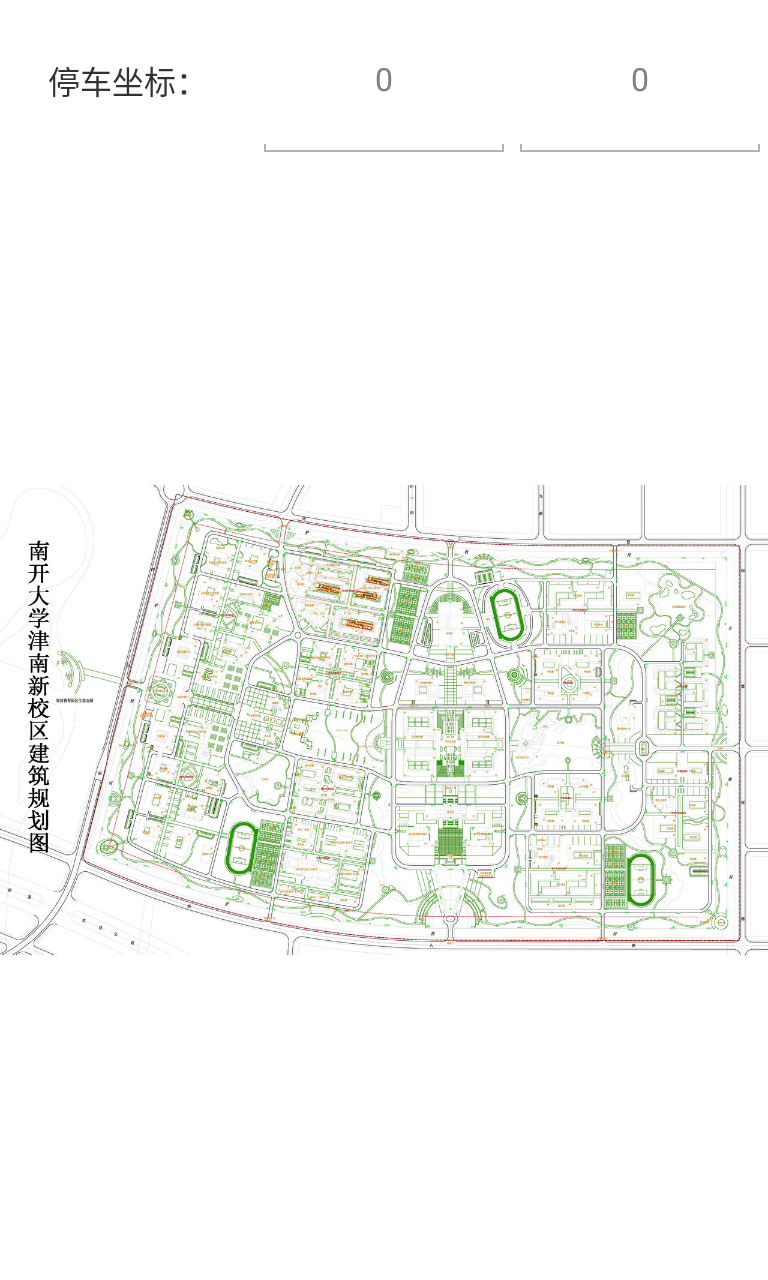
Repository: CovaWang/temporary_embedded
Layout: 7#车联·共享单车/代码/代码/res/layout/compass.xml
These files come from the project's save history. The layout is drawn as it stood at one moment and after the next save; the edit follows.
It is drawn on a 768 x 1280 px phone screen (xhdpi) without system bars, with theme AppTheme; the app's code is not run.

Above is the layout before, as saved 2024-04-17 12:53:53.

### 7#车联·共享单车/代码/代码/res/layout/compass.xml
<?xml version="1.0" encoding="utf-8"?>
<LinearLayout xmlns:android="http://schemas.android.com/apk/res/android"
    android:layout_width="fill_parent"
    android:layout_height="match_parent"
    android:orientation="vertical" >

    <LinearLayout
       	android:layout_width="match_parent"
       	android:layout_height="match_parent"
       	android:orientation="horizontal"
		android:layout_weight="7">
	    <TextView
			android:layout_width="match_parent"
			android:layout_height="match_parent"
			android:gravity="center"
			android:text="停车坐标："
			android:textSize="16dp"
			android:layout_weight="1" />

	    <EditText
	        android:id="@+id/compass_text1"
			android:layout_width="match_parent"
			android:layout_height="match_parent"
			android:gravity="center"
			android:hint="0"
			android:textSize="16sp"
			android:textColor="#8A2BE2"
			android:layout_weight="1" />

	    <EditText
	        android:id="@+id/compass_text2"
			android:layout_width="match_parent"
			android:layout_height="match_parent"
			android:gravity="center"
			android:hint="0"
			android:textSize="16sp"
			android:textColor="#8A2BE2"
			android:layout_weight="1" />

   </LinearLayout>

    <ImageView
        android:id="@+id/compass_img"
        android:layout_width="match_parent"
        android:layout_height="match_parent"
        android:layout_gravity="center"
        android:src="@drawable/map"
        android:layout_weight="1" />

</LinearLayout>

### 7#车联·共享单车/代码/代码/res/values/styles.xml
<resources>

    <!--
        Base application theme, dependent on API level. This theme is replaced
        by AppBaseTheme from res/values-vXX/styles.xml on newer devices.

    -->
    <style name="AppBaseTheme" parent="android:Theme.Light">
        <!--
            Theme customizations available in newer API levels can go in
            res/values-vXX/styles.xml, while customizations related to
            backward-compatibility can go here.

        -->
    </style>

    <!-- Application theme. -->
    <style name="AppTheme" parent="AppBaseTheme">
        <!-- All customizations that are NOT specific to a particular API-level can go here. -->
    </style>
    <!-- 高宽都包裹内容 -->
    <style name="wrapcontent">
        <item name="android:layout_width">wrap_content</item>
        <item name="android:layout_height">wrap_content</item>
    </style>

    <!-- 自定义对话框样式 -->
    <style name="dialog_custom" parent="android:style/Theme.Dialog">
        <item name="android:windowFrame">@null</item>
        <item name="android:windowNoTitle">true</item>
        <item name="android:background">#00000000</item>
        <item name="android:windowBackground">@android:color/transparent</item>
    </style>
    <!-- TextView 16sp样式 -->
    <style name="textview16sp" parent="wrapcontent">
        <item name="android:textSize">16sp</item>
        <item name="android:gravity">center_vertical</item>
    </style>

    <!-- TextView 14sp样式 -->
    <style name="textview12sp" parent="wrapcontent">
        <item name="android:textSize">12sp</item>
        <item name="android:gravity">center_vertical</item>
    </style>
    <!-- TextView 14sp样式 -->
    <style name="textview14sp" parent="wrapcontent">
        <item name="android:textSize">14sp</item>
        <item name="android:gravity">center_vertical</item>
    </style>

    <!-- 宽度为0dp,高度为包裹内容，权重为1 -->
    <style name="zero_widthwrapcontent">
        <item name="android:layout_width">0dp</item>
        <item name="android:layout_height">wrap_content</item>
        <item name="android:layout_weight">1</item>
    </style>

    <!-- 黄色14sp,图片间距为5dp的textview -->
    <style name="tvyellow14sp" parent="zero_widthwrapcontent">
        <item name="android:textSize">14sp</item>
        <item name="android:drawablePadding">3dp</item>
        <item name="android:gravity">center</item>
        <item name="android:textColor">@color/bright_yellow</item>
    </style>

</resources>

Loaded but not shown: 7#车联·共享单车/代码/代码/res/values-v11/styles.xml (common file); 7#车联·共享单车/代码/代码/res/values-v14/styles.xml (common file)

After the next save:
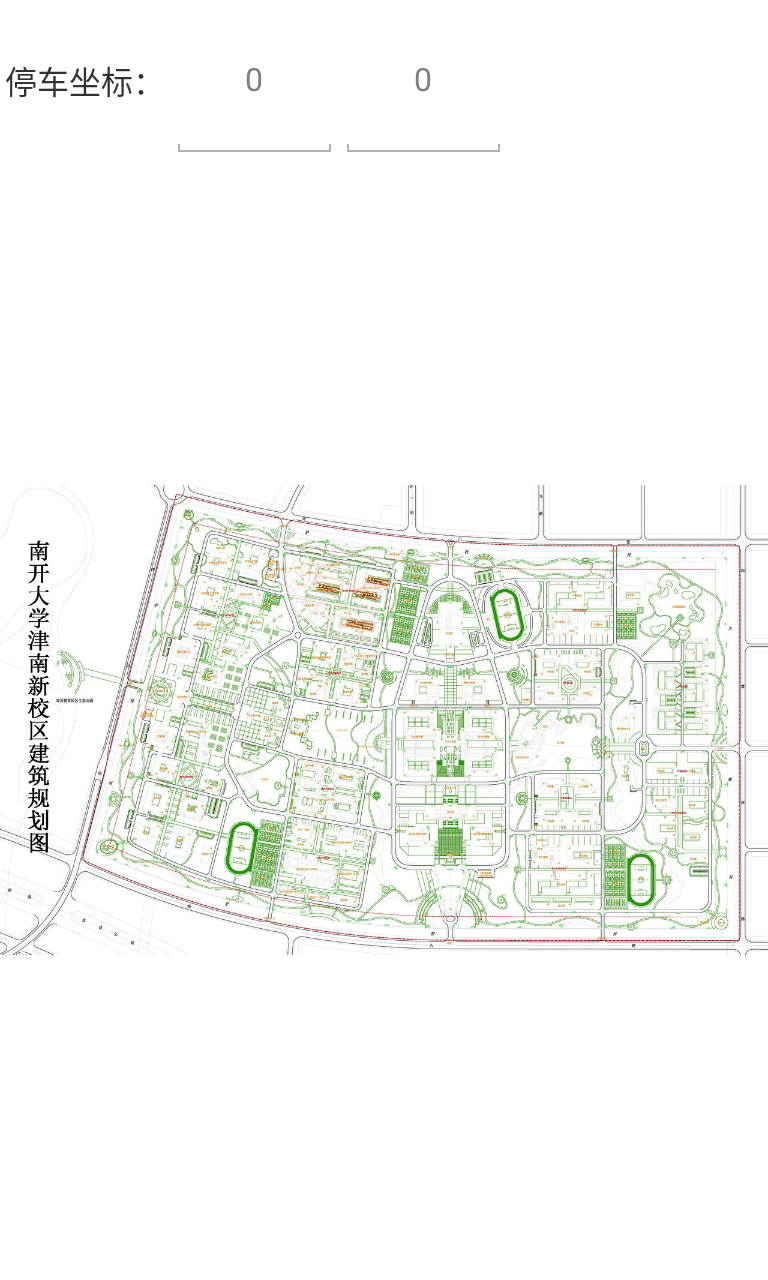
Saved 6 days later.
--- a/7#车联·共享单车/代码/代码/res/layout/compass.xml
+++ b/7#车联·共享单车/代码/代码/res/layout/compass.xml
@@ -37,6 +37,15 @@
 			android:textColor="#8A2BE2"
 			android:layout_weight="1" />
 
+	    <ToggleButton
+        android:id="@+id/compass_Button"
+        android:layout_width="80dp"
+        android:layout_height="35dp"
+        android:layout_marginLeft="50dp"
+        android:layout_marginTop="150dp"
+        android:textOff=""
+        android:textOn="" />
+
    </LinearLayout>
 
     <ImageView
